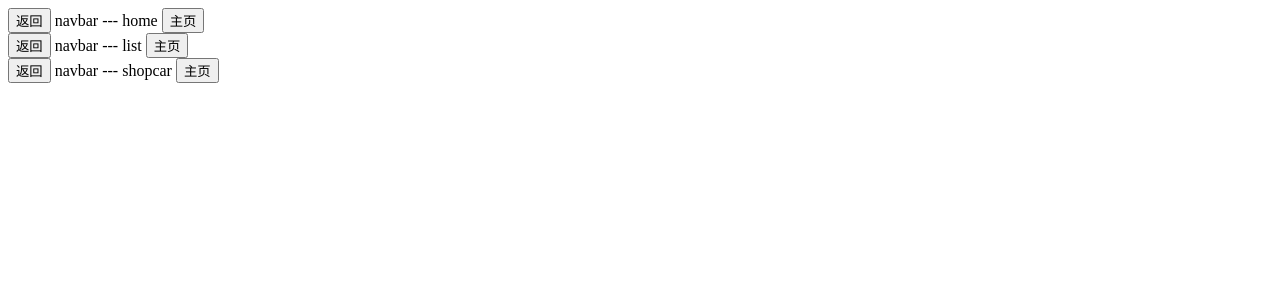
Repository: xiemin2161/mytest
Page: 02-1-组件父传子.html
An editor plug-in stored every save of this project. The page is shown before and after the next save, followed by the edit.
The browser window is 1280 px wide. The pictures show the whole page.

Above is the page before, as saved 2023-02-01 17:22:44.

### 02-1-组件父传子.html
<!DOCTYPE html>
<html>
  <head>
    <meta charset="utf-8" />
    <meta http-equiv="X-UA-Compatible" content="IE=edge,chrome=1" />
    <title>Examples</title>
    <meta name="description" content="" />
    <meta name="keywords" content="" />
    <link href="" rel="stylesheet" />
    <style>
      .navbar {
        background: red;
      }
    </style>
    <script type="text/javascript" src="lib/vue.js"></script>
  </head>
  <body>
    <div id="box">
      <navbar myname="home"></navbar>
      <navbar myname="list"></navbar>
      <navbar myname="shopcar"></navbar>
    </div>

    <script type="text/javascript">
      Vue.component("navbar", {
        template: `
          <div>
            <button>返回</button>
            navbar --- {{myname}}
            <button>主页</button>
          </div>
        `,
        props: ["myname"], //接收父组件传来的属性
      });
      new Vue({
        el: "#box",
        data: {
          parentname: "父组件的状态",
        },
      });
    </script>
  </body>
</html>

Loaded but not shown: lib/vue.js (library)

After the next save:
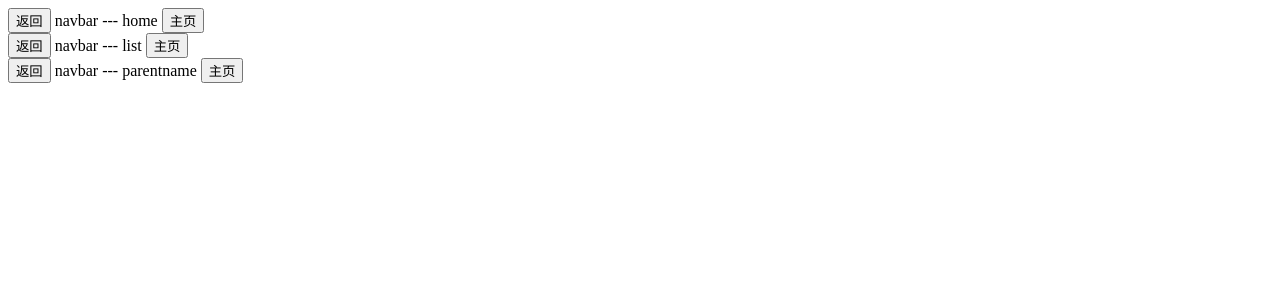
Saved 11 s later.
--- a/02-1-组件父传子.html
+++ b/02-1-组件父传子.html
@@ -18,7 +18,7 @@
     <div id="box">
       <navbar myname="home"></navbar>
       <navbar myname="list"></navbar>
-      <navbar myname="shopcar"></navbar>
+      <navbar myname="parentname"></navbar>
     </div>
 
     <script type="text/javascript">
